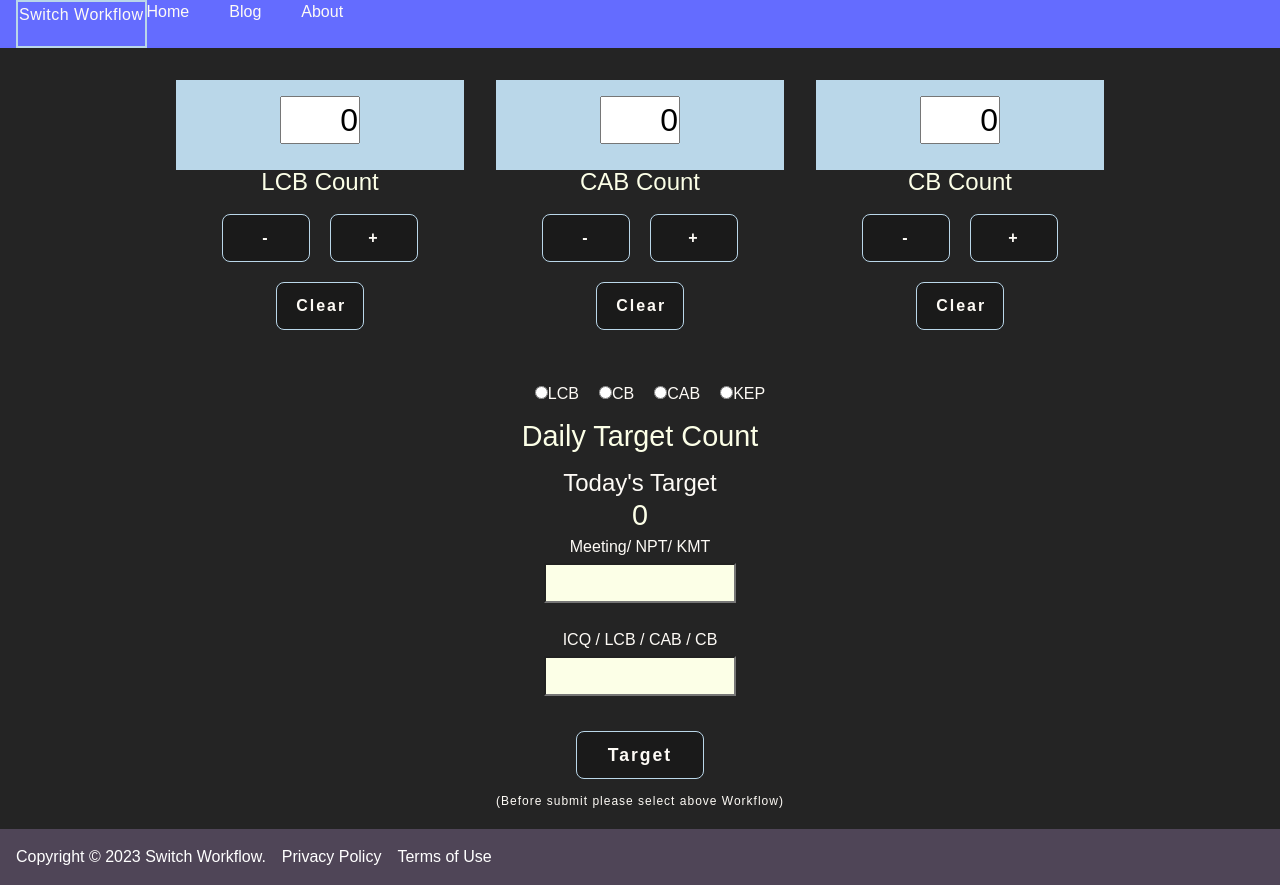
Repository: suraj-yadav7/SwitchWorkflow-Count-reactjs
Page: /
These files come from the project's save history. The page is drawn as it stood at one moment and after the next save; the edit follows.
The browser window is 1280 px wide. The pictures show the whole page.
Some web fonts or font styles are not loaded; a fallback is used. The project was rebuilt for these pictures with package versions that can differ from the ones it lists, and the page was loaded fresh each time.

Above is the page before, as saved 2023-04-20 12:51:05.

After the next save:
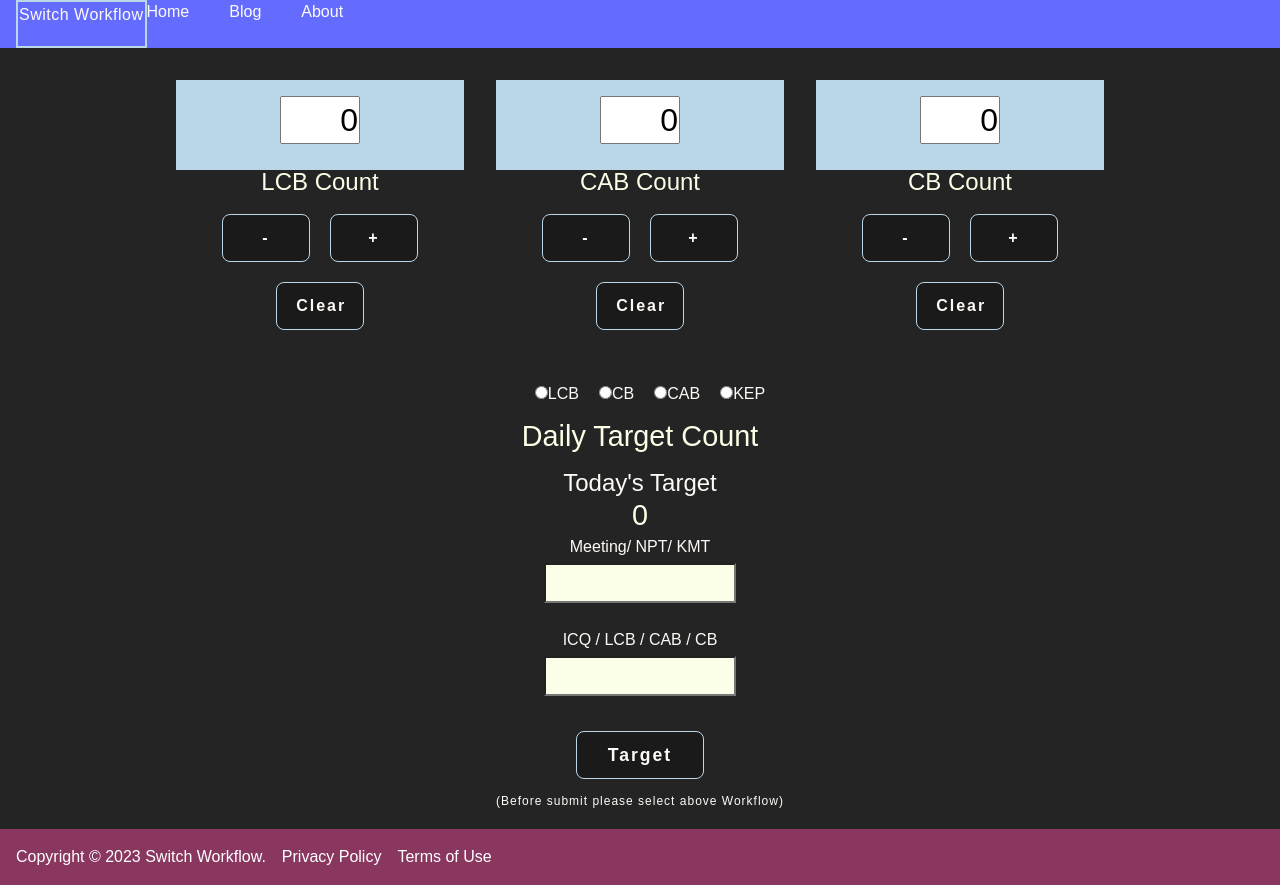
Saved 40 s later.
--- a/src/App.css
+++ b/src/App.css
@@ -174,7 +174,7 @@ li,a{
 /* footer */
 footer{
   display: flex;
-  background-color: #4F4557 !important;
+  background-color: #89375F !important;
   color: #fff !important;
 }
 
